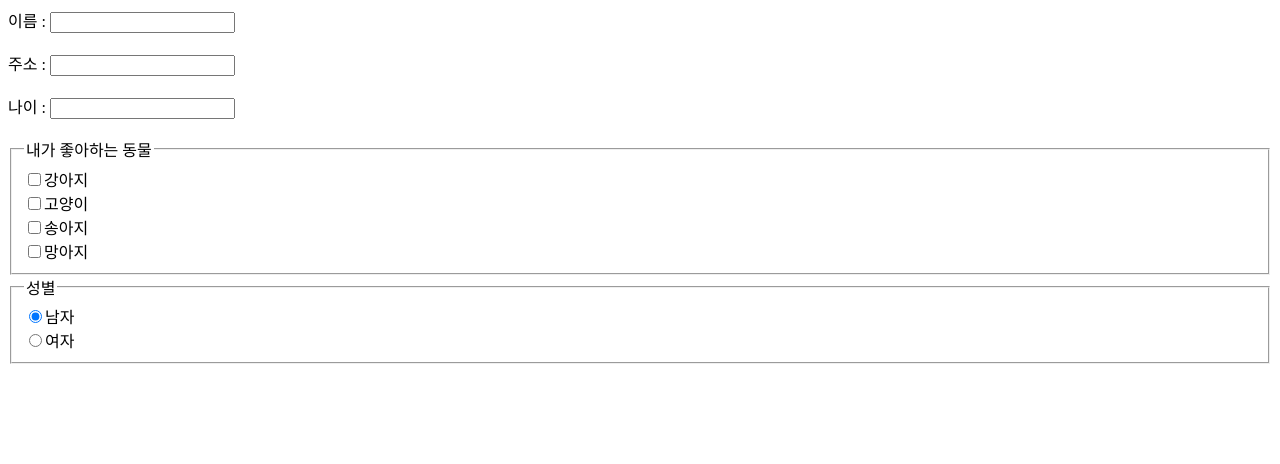
Repository: okgunyang/jsp
Page: practice01/WebContent/input.html
The author's editor kept a copy of each file at every save. The page is drawn from the files as they stood at one save, then again after the next save.
The browser window is 1280 px wide. The pictures show the whole page.

Above is the page before, as saved 2022-10-17 07:05:12.

After the next save:
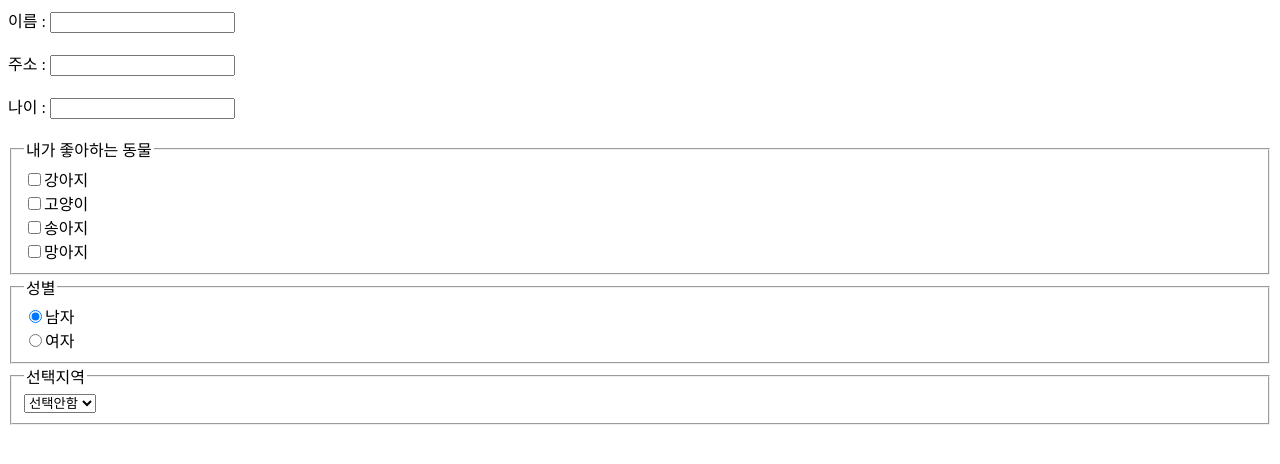
Saved 85 s later.
--- a/practice01/WebContent/input.html
+++ b/practice01/WebContent/input.html
@@ -21,6 +21,16 @@
 		<input type="radio" name="male" value="m" checked>남자 <br>
 		<input type="radio" name="male" value="f">여자 <br>
 	</fieldset>
+	<fieldset>
+		<legend>선택지역</legend>
+		<select name="area">
+			<option selected>선택안함</option>
+			<option value="01">서울</option>
+			<option value="02">대전</option>
+			<option value="03">부산</option>
+			<option value="04">광주</option>
+		</select>
+	</fieldset>
 </form>
 </body>
 </html>
